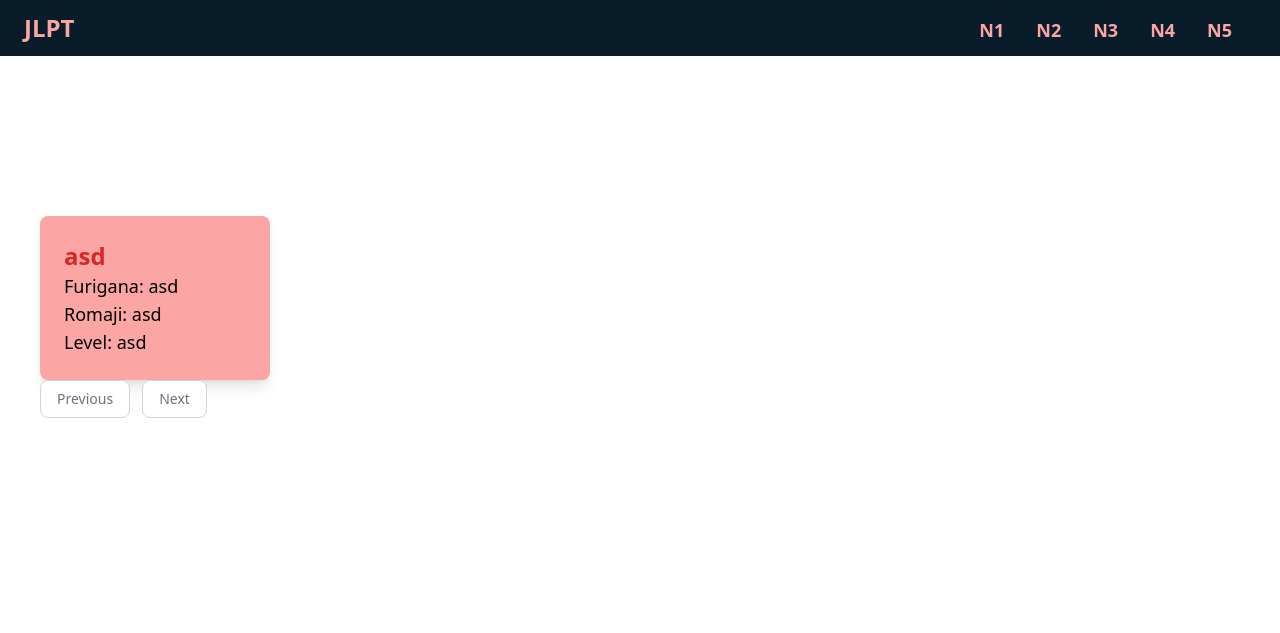
Repository: Penglee25/JLPT-vocabulary
Page: /n1
An editor plug-in stored every save of this project. The page is shown before and after a run of saves, followed by the edit.
The browser window is 1280 px wide. The pictures show the whole page.
The project was rebuilt for these pictures with package versions that can differ from the ones it lists, and the page was loaded fresh each time. The framework's server and built-in components were replaced by stand-ins that run in the browser. Also part of the build but not shown: next.config.js, src/styles/main.css.

Above is the page before, as saved 2023-03-17 13:40:18.

After the next 4 saves:
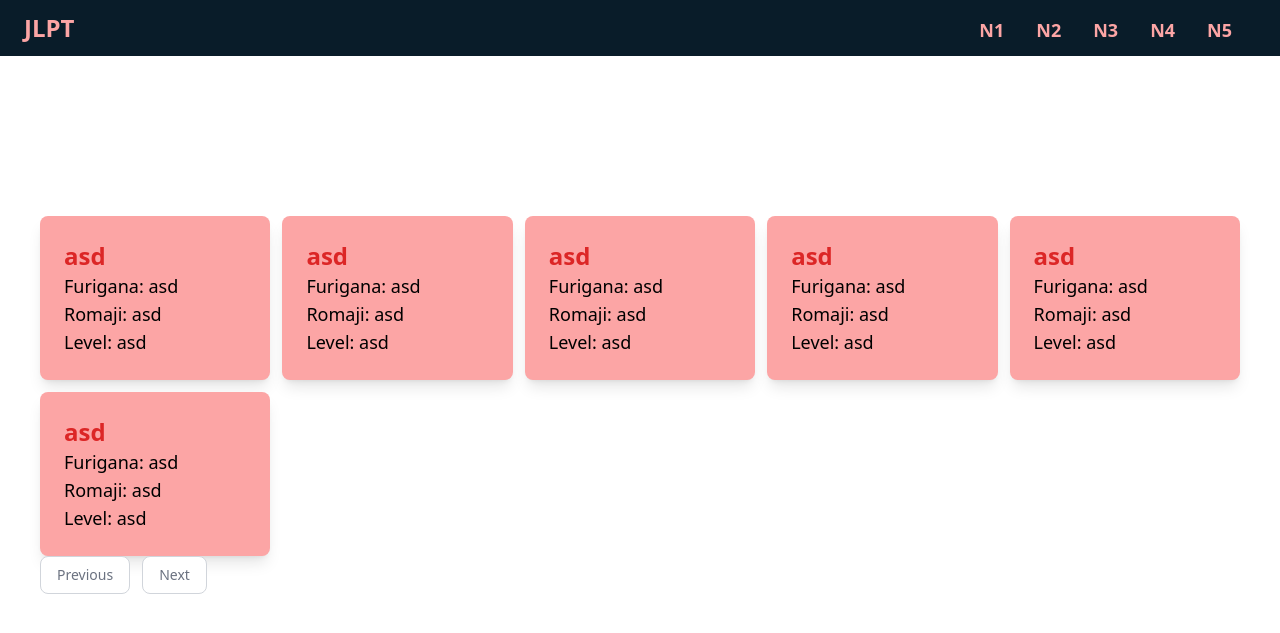
The 4 saves are shown as one change because they came seconds apart.
The last was saved 19 s later.
--- a/src/pages/n1.tsx
+++ b/src/pages/n1.tsx
@@ -9,6 +9,36 @@ export default function n1() {
 
 
                 <div className=" mt-44 grid md:grid-cols-5 gap-3 grid-cols-3">
+                    <div key={0} className="block rounded-lg bg-red-300 p-6 shadow-lg dark:bg-neutral-700">
+                        <span className='text-2xl font-bold text-red-600'>asd</span>
+                        <p className='my-0 text-lg'>Furigana: asd</p>
+                        <p className='my-0 text-lg'>Romaji: asd</p>
+                        <p className='my-0 text-lg'>Level: asd</p>
+                    </div>
+                    <div key={0} className="block rounded-lg bg-red-300 p-6 shadow-lg dark:bg-neutral-700">
+                        <span className='text-2xl font-bold text-red-600'>asd</span>
+                        <p className='my-0 text-lg'>Furigana: asd</p>
+                        <p className='my-0 text-lg'>Romaji: asd</p>
+                        <p className='my-0 text-lg'>Level: asd</p>
+                    </div>
+                    <div key={0} className="block rounded-lg bg-red-300 p-6 shadow-lg dark:bg-neutral-700">
+                        <span className='text-2xl font-bold text-red-600'>asd</span>
+                        <p className='my-0 text-lg'>Furigana: asd</p>
+                        <p className='my-0 text-lg'>Romaji: asd</p>
+                        <p className='my-0 text-lg'>Level: asd</p>
+                    </div>
+                    <div key={0} className="block rounded-lg bg-red-300 p-6 shadow-lg dark:bg-neutral-700">
+                        <span className='text-2xl font-bold text-red-600'>asd</span>
+                        <p className='my-0 text-lg'>Furigana: asd</p>
+                        <p className='my-0 text-lg'>Romaji: asd</p>
+                        <p className='my-0 text-lg'>Level: asd</p>
+                    </div>
+                    <div key={0} className="block rounded-lg bg-red-300 p-6 shadow-lg dark:bg-neutral-700">
+                        <span className='text-2xl font-bold text-red-600'>asd</span>
+                        <p className='my-0 text-lg'>Furigana: asd</p>
+                        <p className='my-0 text-lg'>Romaji: asd</p>
+                        <p className='my-0 text-lg'>Level: asd</p>
+                    </div>
                     <div key={0} className="block rounded-lg bg-red-300 p-6 shadow-lg dark:bg-neutral-700">
                         <span className='text-2xl font-bold text-red-600'>asd</span>
                         <p className='my-0 text-lg'>Furigana: asd</p>
